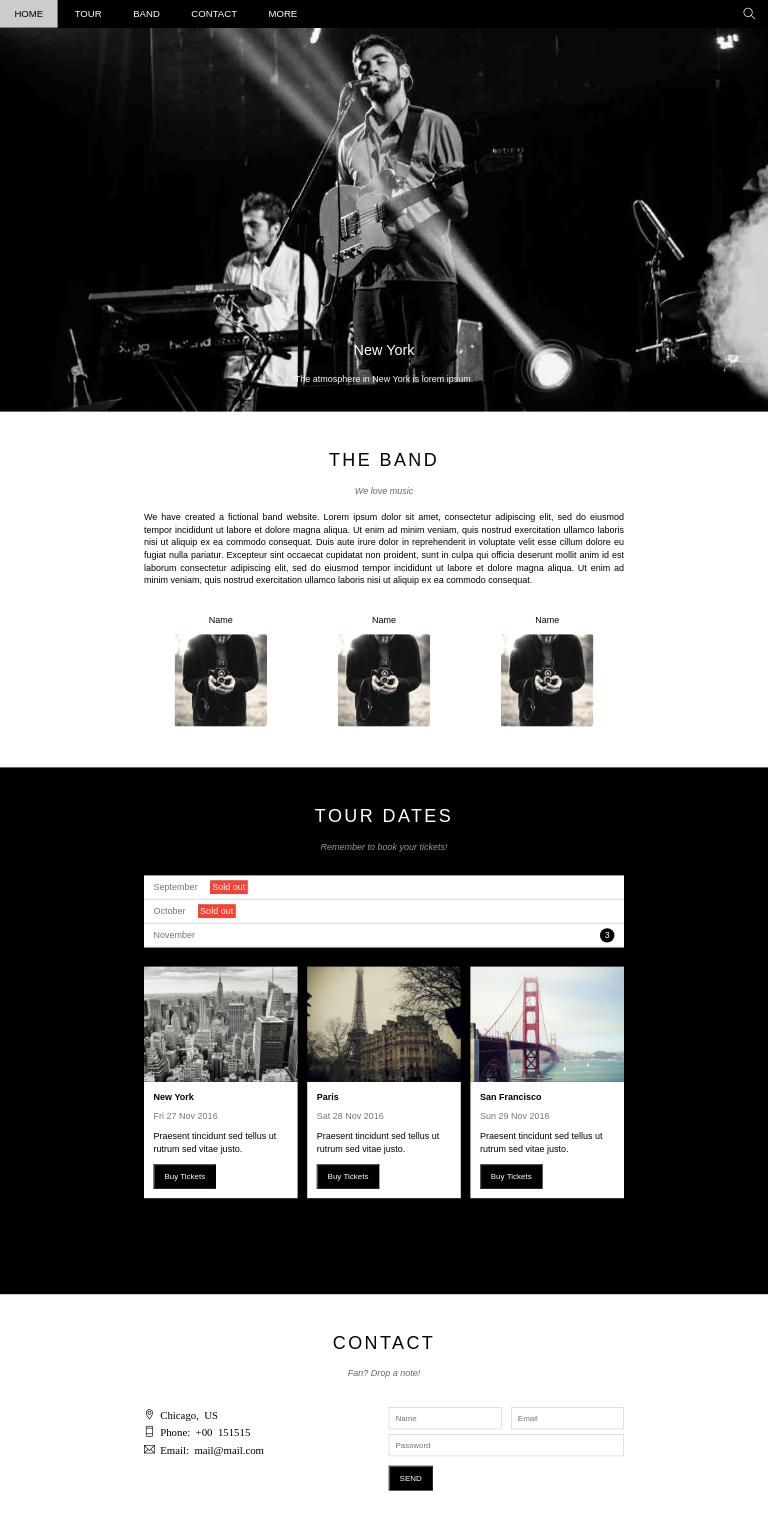
Repository: duyhung0311/band_music
Page: index.html
An editor plug-in stored every save of this project. The page is shown before and after the next save, followed by the edit.
The browser window is 1280 px wide. The pictures show the whole page, at 60% of full size.

Above is the page before, as saved 2021-08-15 13:14:07.

After the next save:
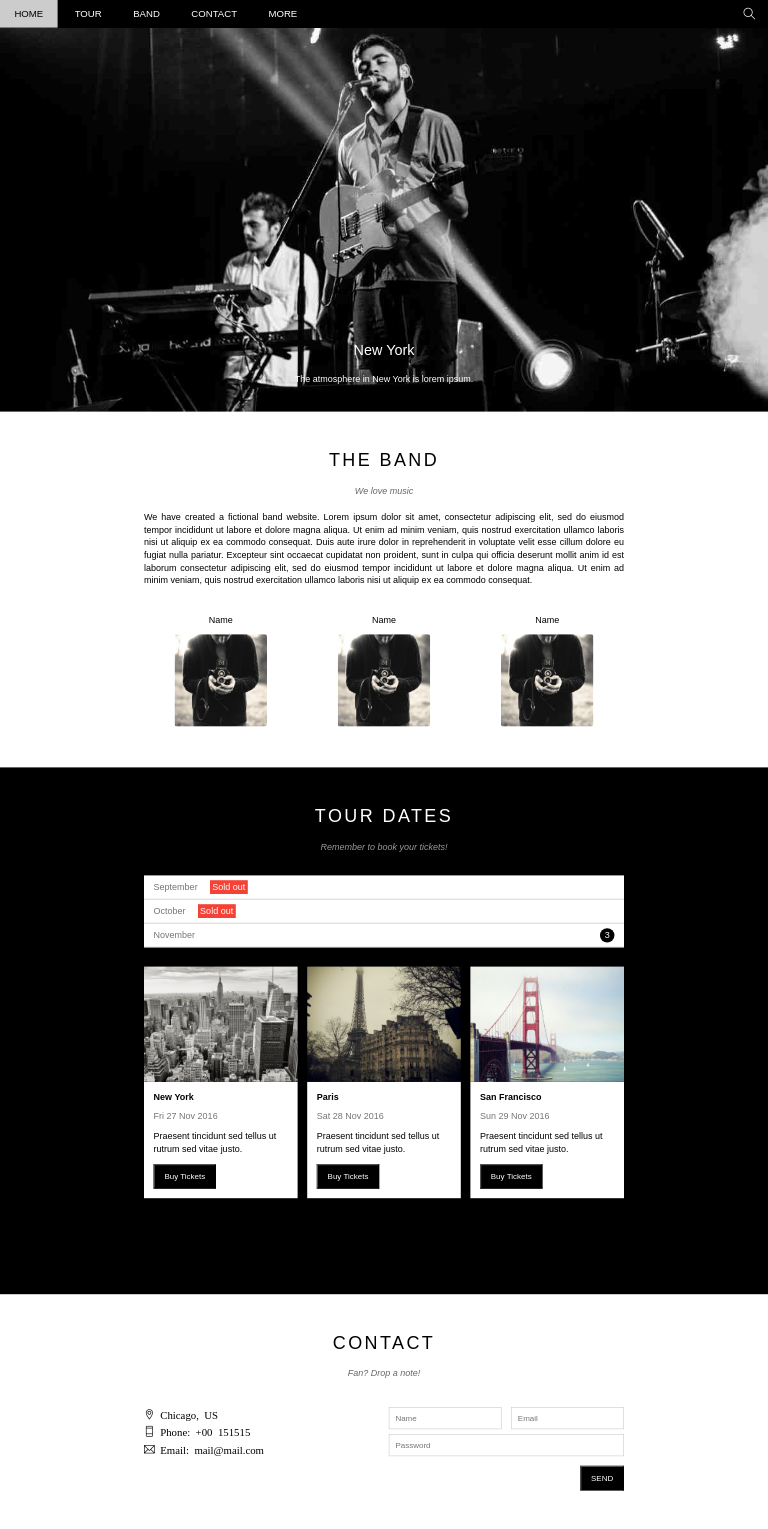
Saved 11 s later.
--- a/index.html
+++ b/index.html
@@ -222,7 +222,7 @@
                     />
                   </div>
                 </div>
-                <input type="submit" value="SEND" class="btn mt-16">
+                <input type="submit" value="SEND" class="btn pull-right mt-16">
               </form>
             </div>
           </div>
